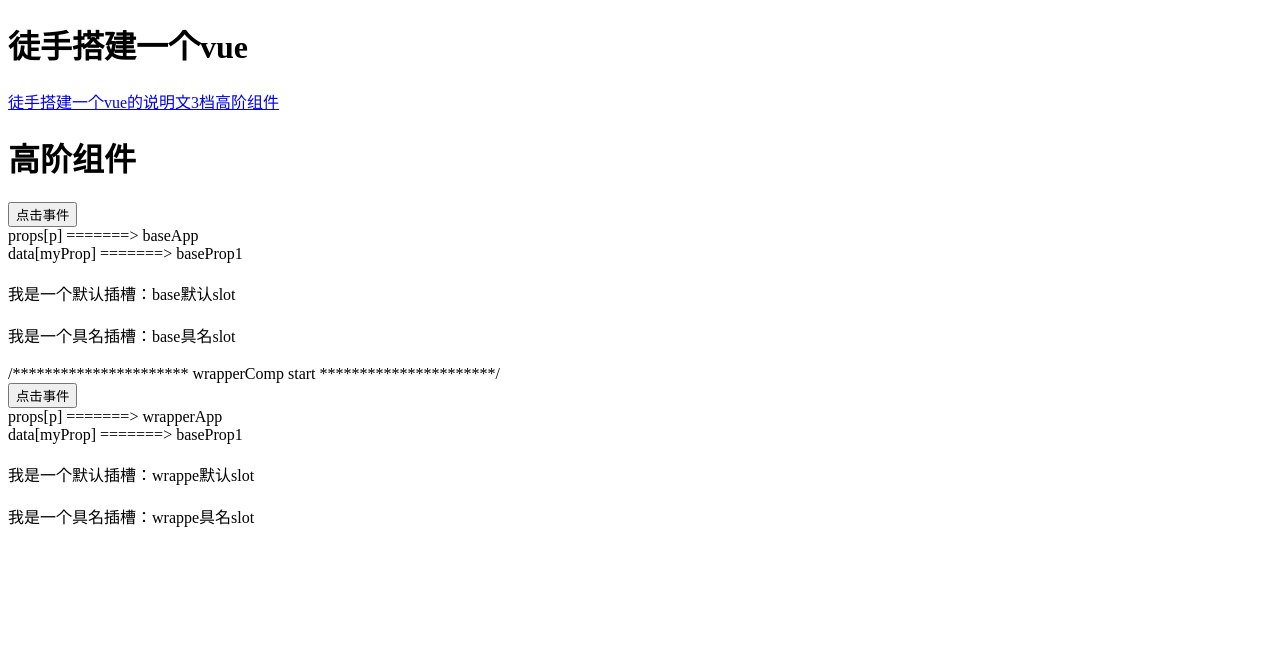
Repository: yuWhy/vue-build-cli
Page: /#/hightOrderComponents
An editor plug-in stored every save of this project. The page is shown before and after the next save, followed by the edit.
The browser window is 1280 px wide. The pictures show the whole page.
The project was rebuilt for these pictures with package versions that can differ from the ones it lists, and the page was loaded fresh each time. Also part of the build but not shown: webpack.config.js, src/router/index.js.

Above is the page before, as saved 2021-02-22 10:57:03.

### index.html
<!DOCTYPE html>
<html lang="en">

<head>
  <meta charset="utf-8">
  <meta http-equiv="X-UA-Compatible" content="IE=edge">
  <meta name="viewport" content="width=device-width,initial-scale=1.0">
</head>

<body>
  <div id="app"></div>
</body>

</html>

### src/main.js
import Vue from 'vue'
import App from "./App.vue"
import router from './router/index.js'

new Vue({
  el: '#app',
  router,
  render: h => h(App)
})

### src/App.vue
<template>
  <div id="app">
    <h1>{{msg}}</h1>
    <router-link to="vueBuild">徒手搭建一个vue的说明文3档</router-link>
    <router-link to="hightOrderComponents">高阶组件</router-link>
    <router-view></router-view>
  </div>
</template>

<script>
export default {
  name: 'App',
  data() {
    return {
      msg: '徒手搭建一个vue'
    }
  }
}
</script>

### src/pages/HightOrderComponents/index.vue
<template>
  <div>
    <h1>高阶组件</h1>
    <baseComp @handle-click="handle" p="baseApp">
      <div>我是一个默认插槽：base默认slot</div>
      <template v-slot:sname>
        <div>我是一个具名插槽：base具名slot</div>
      </template>
    </baseComp>
     <br />
    /********************** wrapperComp start **********************/
    <br />
    <wrapperComp @handle-click="handle" p="wrapperApp">
      <div>我是一个默认插槽：wrappe默认slot</div>
      <template v-slot:sname>
        <div>我是一个具名插槽：wrappe具名slot</div>
      </template>
    </wrapperComp>
  </div>
</template>

<script>
import baseComp from './components/baseComp.vue'
import hoc from './components/hoc.js'
const wrapperComp = hoc(baseComp)
export default {
  name: 'hightOrderComponents',
  components: { baseComp, wrapperComp },
  methods: {
    handle() {
      alert('tyty')
    }
  }
}
</script>

### src/pages/HightOrderComponents/components/baseComp.vue
<template>
  <div>
    <button @click="$emit('handle-click')">点击事件</button><br>
    props[p] =======> {{p}} <br>
    data[myProp] =======> {{myProp}}<br><br>
    <slot /><br>
    <slot name="sname" />
  </div>
</template>
<script>
export default {
  props: ['p'],
  components: {},
  data() {
    return {
      myProp: 'baseProp1'
    }
  },
  created() {},
  methods: {},
  mounted() {},
  computed: {}
}
</script>

### src/pages/HightOrderComponents/components/hoc.js
export default function Wrapper(baseComp) {
  return {
    data() {
      return {}
    },
    mounted() {},
    render(h) {
      let scopedSlots = {};
      let $slots = this.$slots;
      Object.keys($slots).map((key) => (scopedSlots[key] = () => $slots[key]))
      return h(baseComp, {
        on: this.$listeners,
        attrs: this.$attrs,
        props: this.$props,
        scopedSlots
      })
    }
  }
}

After the next save:
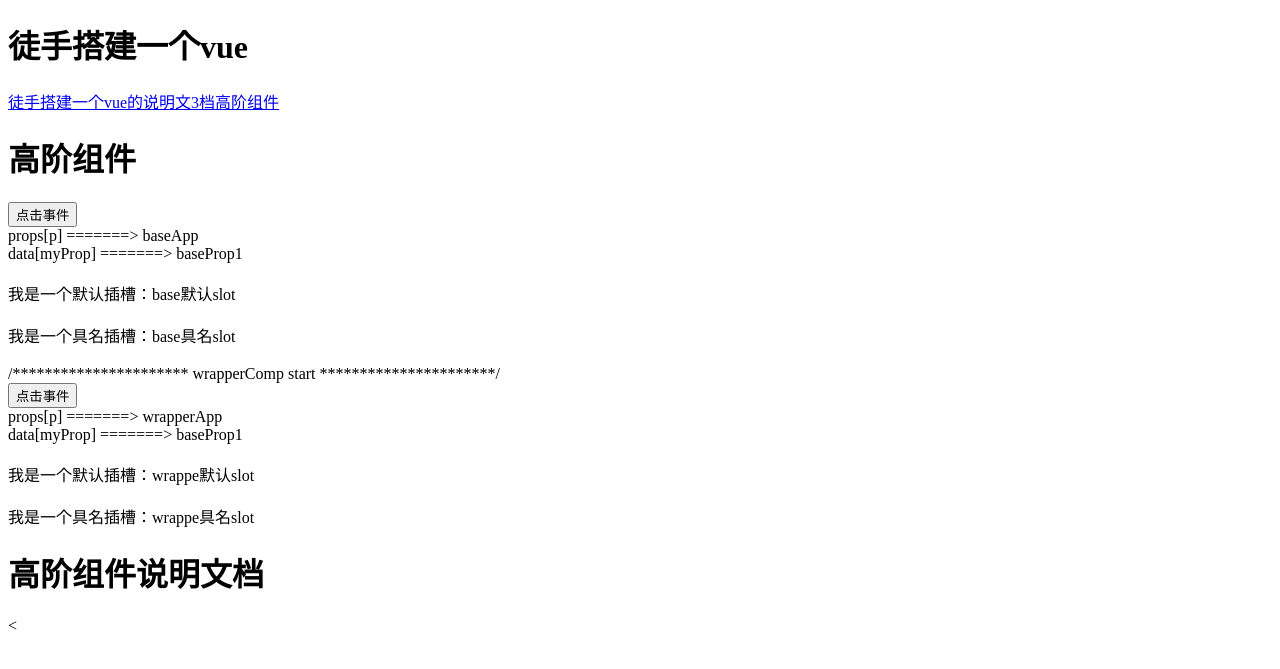
Saved 2 h 25 min later.
--- a/src/pages/HightOrderComponents/index.vue
+++ b/src/pages/HightOrderComponents/index.vue
@@ -16,6 +16,8 @@
         <div>我是一个具名插槽：wrappe具名slot</div>
       </template>
     </wrapperComp>
+    <h1>高阶组件说明文档</h1>
+    <
   </div>
 </template>
 
